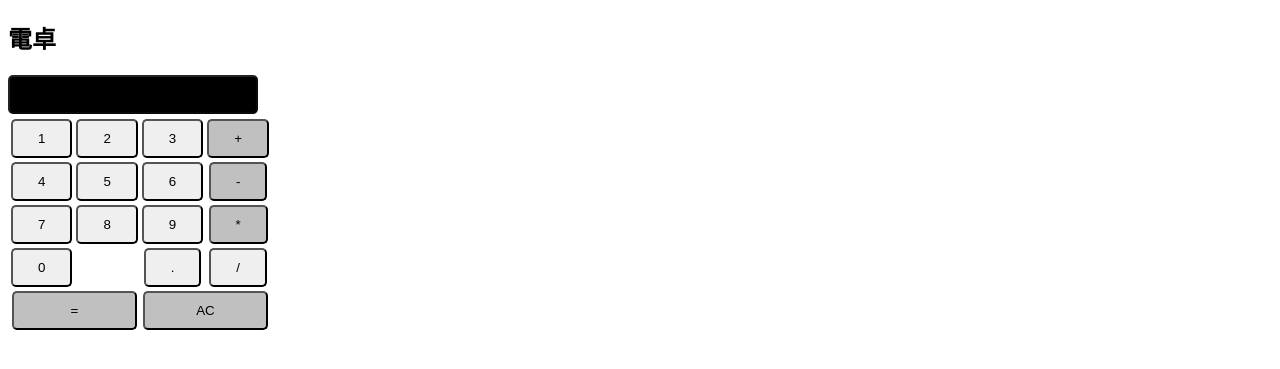
Repository: syokaturyou/potepan
Page: dentaku.html
The author's editor kept a record of every edit. The page is drawn from the files as they stood at one moment, then again after the next edit.
The browser window is 1280 px wide. The pictures show the whole page.

Above is the page before.

After the next edit:
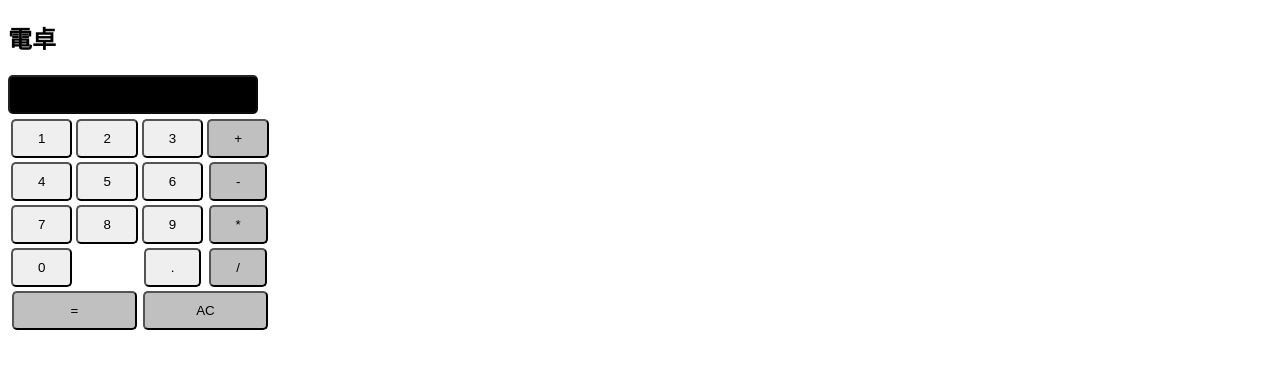
The edit:
--- a/dentaku.html
+++ b/dentaku.html
@@ -37,7 +37,7 @@
             <th><input type="button" value="0" onclick="number(this)"></th>
             <th></th>
             <th><input type="button" value="." onclick="decimal(this)"></th>
-            <th><input type="button" value="/" onclick="enzan(this)"></th>
+            <th><input type="button" value="/" onclick="enzan(this)" class="enzanbutton"></th>
           </tr>
           <tr>
             <th colspan="2"><input type="button" value="=" onclick="calc()" class="twobutton"></th>
